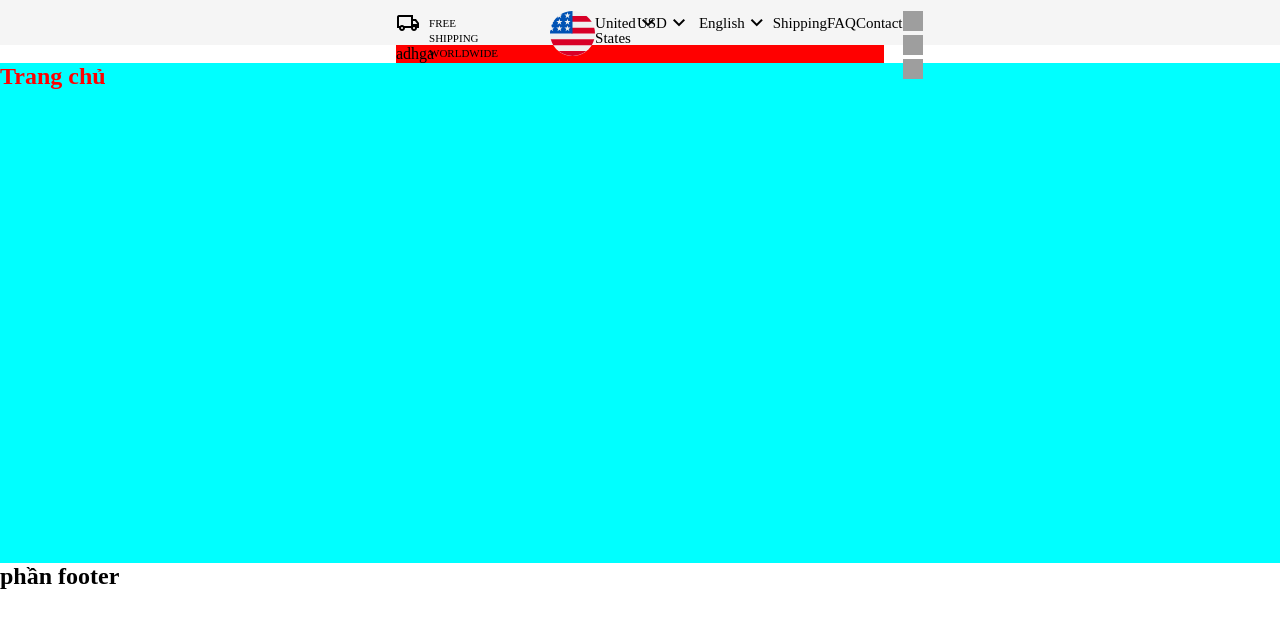
Repository: tatvanhco/shopper
Page: /
The author's editor kept a copy of each file at every save. The page is drawn from the files as they stood at one save, then again after the next save.
The browser window is 1280 px wide. The pictures show the whole page.
Pictures or frames that could not be fetched are drawn as grey boxes. The project was rebuilt for these pictures with package versions that can differ from the ones it lists, and the page was loaded fresh each time.

Above is the page before, as saved 2022-09-24 12:07:48.

After the next save:
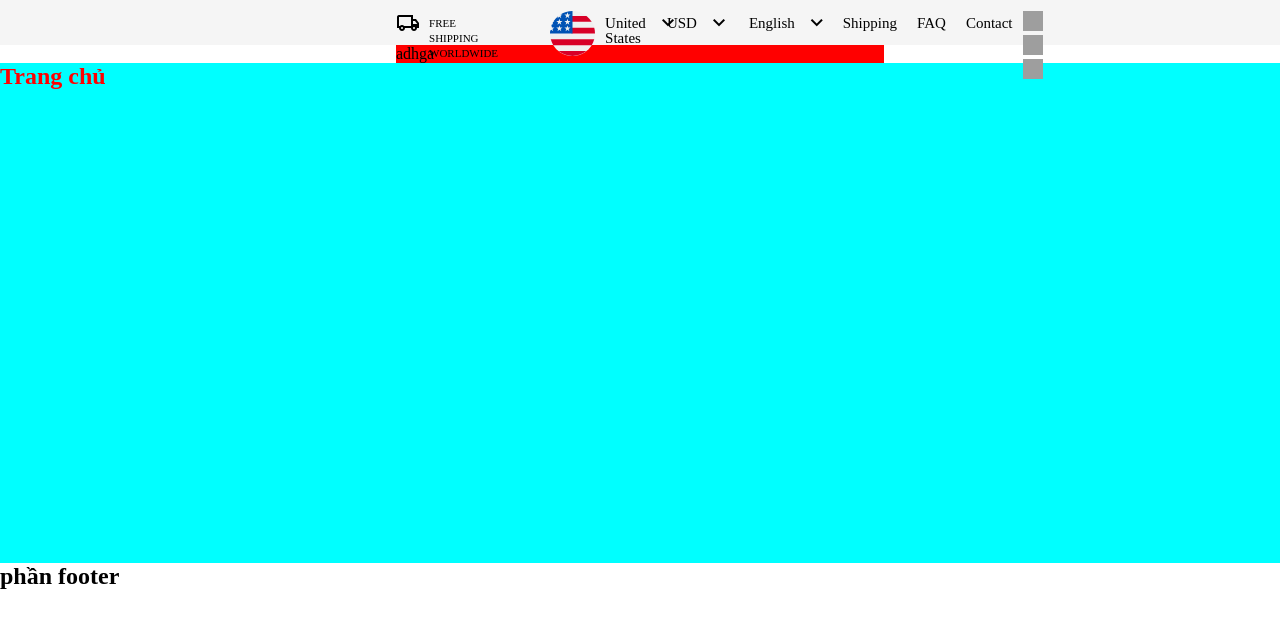
Saved 4 s later.
--- a/src/App.scss
+++ b/src/App.scss
@@ -15,7 +15,7 @@
 .title {
     font-size: 15px;
     line-height: 15px;
-    padding: 0 15;
+    padding: 0 10px;
 }
 
 .img-icon {
